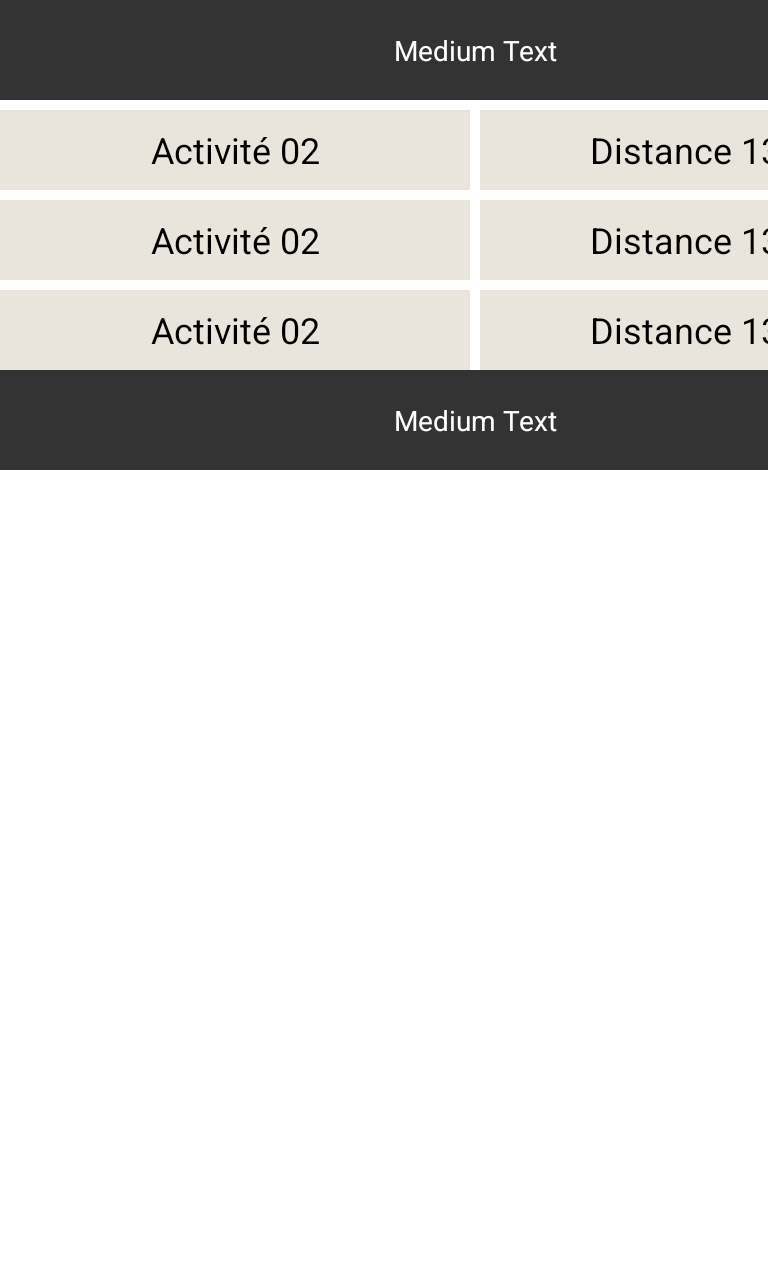
Repository: dekeym/Projet-IHM
Layout: WorkSpace/ChallengeMe/res/layout/fragment_stats.xml
An editor plug-in stored every save of this project. The layout is shown before and after the next save, followed by the edit.
It is drawn on a 768 x 1280 px phone screen (xhdpi) without system bars, with theme android:Theme.Holo.Light.DarkActionBar; the app's code is not run.

Above is the layout before, as saved 2014-12-18 14:19:33.

After the next save:
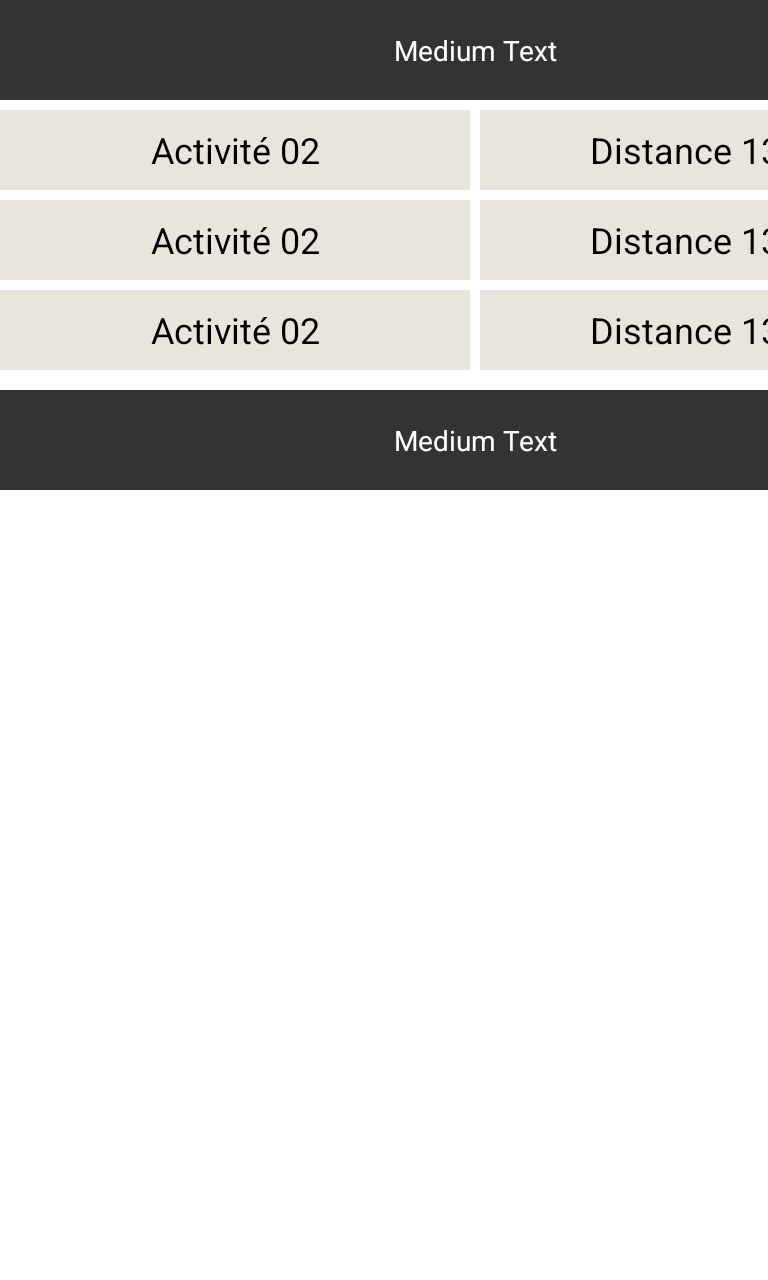
Saved 21 s later.
--- a/WorkSpace/ChallengeMe/res/layout/fragment_stats.xml
+++ b/WorkSpace/ChallengeMe/res/layout/fragment_stats.xml
@@ -188,7 +188,8 @@
 
             <LinearLayout
                 android:layout_width="match_parent"
-                android:layout_height="wrap_content" >
+                android:layout_height="wrap_content"
+                android:layout_marginTop="10dp" >
 
                 <TextView
                     android:id="@+id/statstextView15"
